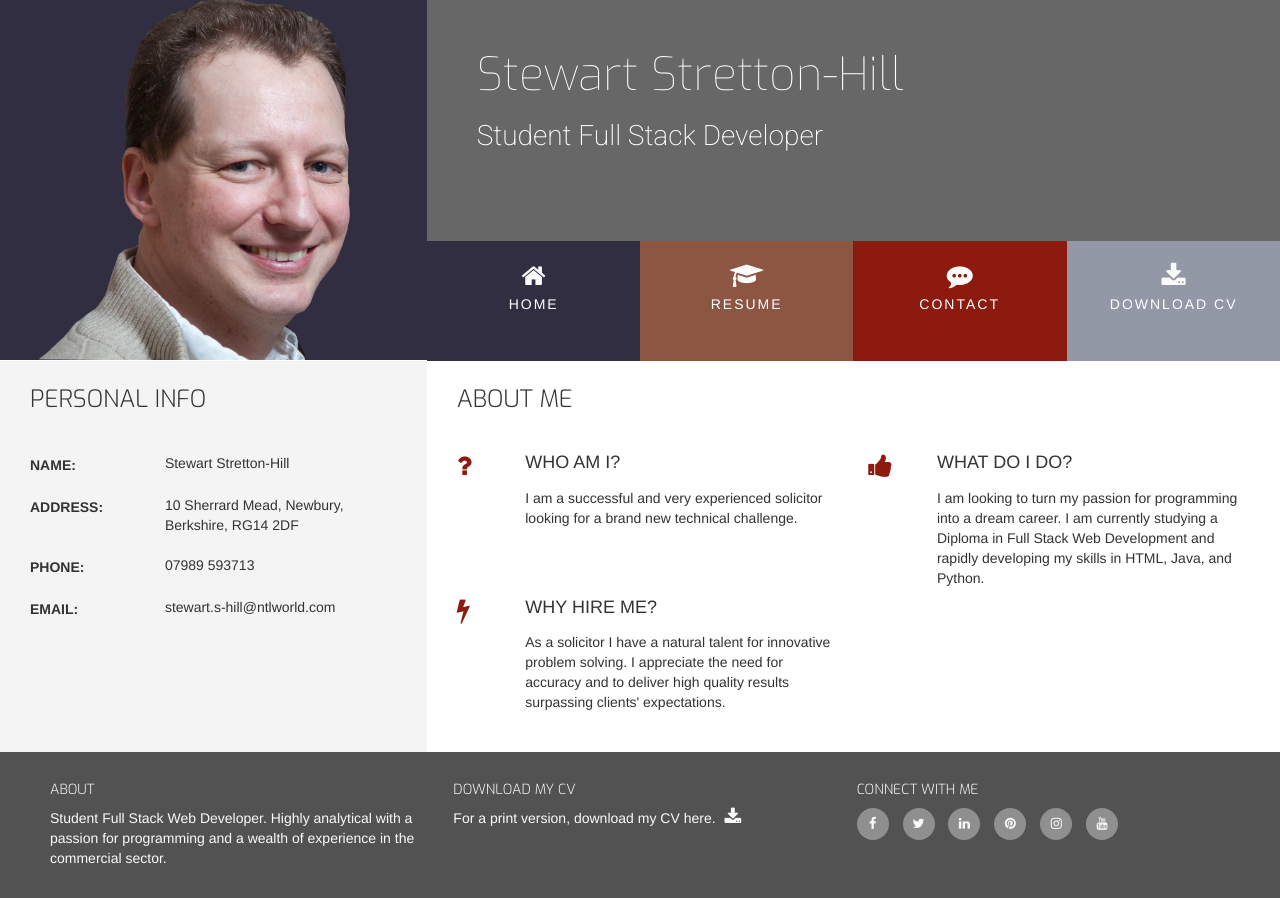
Repository: Shilldon/CV
Page: index.html
The author's editor kept a record of every edit. The page is drawn from the files as they stood at one moment, then again after the next edit.
The browser window is 1280 px wide. The pictures show the whole page.

Above is the page before.

### index.html
<!DOCTYPE html>
<html lang="en">

<head>
    <link rel="stylesheet" href="https://maxcdn.bootstrapcdn.com/bootstrap/3.3.7/css/bootstrap.min.css" type="text/css" />
    <link rel="stylesheet" href="https://stackpath.bootstrapcdn.com/font-awesome/4.7.0/css/font-awesome.min.css" type="text/css" />
    <link rel="stylesheet" href="https://cdnjs.cloudflare.com/ajax/libs/hover.css/2.3.1/css/hover-min.css" type="text/css" />
    <link rel="stylesheet" href="assets/css/style.css" type="text/css" />
    <meta name="viewport" content="width=device-width, initial-scale-1">
</head>

<body>
    <header class="container-fluid">
        <div class="row">
            <a href="index.html" alt="profile image">
                <div class="col-md-4 logo"></div>
            </a>
            <div class="col-md-8">
                <div class="row bg-color-name-title">
                    <div class="heading">
                        <h1 class="name">Stewart Stretton-Hill</h1>
                        <h2 class="title">Student Full Stack Developer</h2>
                    </div>
                </div>

                <div class="row">
                    <ul id="nav" class="list-inline clearfix">
                        <li class="col-xs-6 col-sm-3 ui-menu-color-home menuitem">
                            <a href="index.html" class="hvr-sweep-to-bottom"><i class="fa fa-home" aria-hidden="true"></i><span>Home</span></a>
                        </li>
                        <li class="col-xs-6 col-sm-3 ui-menu-color-resume menuitem">
                            <a href="resume.html" class="hvr-sweep-to-bottom"><i class="fa fa-graduation-cap" aria-hidden="true"></i><span>Resume</span></a>
                        </li>
                        <li class="col-xs-6 col-sm-3 ui-menu-color-contact menuitem">
                            <a href="contact.html" class="hvr-sweep-to-bottom"><i class="fa fa-commenting" aria-hidden="true"></i><span>Contact</span></a>
                        </li>
                        <li class="col-xs-6 col-sm-3 ui-menu-color-download menuitem">
                            <a href="assets/cv/sample-cv.pdf" target="_blank" class="hvr-sweep-to-bottom"><i class="fa fa-download" aria-hidden="true"></i><span>Download CV</span></a>
                        </li>
                    </ul>
                </div>
            </div>
        </div>
    </header>

    <section class="container-fluid">
        <div class="row row-table">
            <div class="col-xs-12 col-sm-12 col-md-4 bg-color-personal-info section-column">
                <div class="row">
                    <div class="col-md-12">
                        <h3 class="section-heading uppercase">Personal Info</h3>
                    </div>
                </div>
                <div class="personal-info-item">
                    <div class="key">
                        <p class="uppercase">Name:</p>
                    </div>
                    <div class="value">
                        <p>Stewart Stretton-Hill</p>
                    </div>
                </div>
                <div class="personal-info-item">
                    <div class="key">
                        <p class="uppercase">Address:</p>
                    </div>
                    <div class="value">
                        <p>10 Sherrard Mead, Newbury, Berkshire, RG14 2DF</p>
                    </div>
                </div>
                <div class="personal-info-item">
                    <div class="key">
                        <p class="uppercase">Phone:</p>
                    </div>
                    <div class="value">
                        <p>07989 593713</p>
                    </div>
                </div>
                <div class="personal-info-item">
                    <div class="key">
                        <p class="uppercase">Email:</p>
                    </div>
                    <div class="value">
                        <p>stewart.s-hill@ntlworld.com</p>
                    </div>
                </div>
            </div>
            <div class="col-xs-12 col-sm-12 col-md-8 bg-color-three-reasons section-column">
                <div class="row">
                    <div class="col-md-12">
                        <h3 class="section-heading uppercase">About Me</h3>
                    </div>
                </div>

                <div class="row">
                    <div class="col-xs-10 col-xs-offset-1 col-sm-offset-0 col-sm-4 col-md-6">
                        <div class="row">
                            <div class="col-xs-2 col-sm-2 col-md-2">
                                <i class="three-reasons-icon fa fa-question" aria-hidden="true"></i>
                            </div>
                            <div class="col-xs-10 col-sm-10 ">
                                <h4 class="three-reasons-heading uppercase">Who am I?</h4>
                                <p>
                                    I am a successful and very experienced solicitor looking for a brand new technical challenge.
                                </p>
                            </div>
                        </div>
                    </div>
                    <div class="col-xs-10 col-xs-offset-1 col-sm-offset-0 col-sm-4 col-md-6">
                        <div class="row">
                            <div class="col-xs-2 col-sm-2 col-md-2">
                                <i class="three-reasons-icon fa fa-thumbs-up" aria-hidden="true"></i>
                            </div>
                            <div class="col-xs-10 col-sm-10 ">
                                <h4 class="three-reasons-heading uppercase">What do I do?</h4>
                                <p>
                                    I am looking to turn my passion for programming into a dream career. I am currently studying a Diploma in Full Stack Web Development and rapidly developing my skills in HTML, Java, and Python.
                                </p>
                            </div>
                        </div>
                    </div>
                    <div class="col-xs-10 col-xs-offset-1 col-sm-offset-0 col-sm-4 col-md-6">
                        <div class="row">
                            <div class="col-xs-2 col-sm-2 col-md-2">
                                <i class="three-reasons-icon fa fa-bolt" aria-hidden="true"></i>
                            </div>
                            <div class="col-xs-10 col-sm-10 ">
                                <h4 class="three-reasons-heading uppercase">Why hire me?</h4>
                                <p>
                                    As a solicitor I have a natural talent for innovative problem solving. I appreciate the need for accuracy and to deliver high quality results surpassing clients' expectations.
                                </p>
                            </div>
                        </div>
                    </div>
                </div>
            </div>
        </div>
    </section>

    <footer class="container-fluid">
        <div id="footer-details" class="row">
            <div class="col-sm-4">
                <h5 class="uppercase general-sub">About</h5>
                <p class="inline-block">
                    Student Full Stack Web Developer. Highly analytical with a passion for programming and a wealth of experience in the commercial sector.
                </p>
            </div>
            <div class="col-sm-4">
                <h5 class="uppercase general-sub">Download My CV</h5>
                <p class="inline-block">
                    For a print version, download my CV here.
                    <a href="assets/cv/sample-cv.pdf" target="_blank" class="cv-pdf"><i class="fa fa-download" aria-hidden="true"></i></a>
                </p>
            </div>
            <div class="col-sm-4">
                <h5 class="uppercase general-sub">Connect with me</h5>
                <ul class="list-inline social-links">
                    <li><a target=".blank" href="#"><i class="fa fa-facebook"></i></a></li>
                    <li><a target=".blank" href="#"><i class="fa fa-twitter"></i></a></li>
                    <li><a target=".blank" href="#"><i class="fa fa-linkedin"></i></a></li>
                    <li><a target=".blank" href="#"><i class="fa fa-pinterest"></i></a></li>
                    <li><a target=".blank" href="#"><i class="fa fa-instagram"></i></a></li>
                    <li><a target=".blank" href="#"><i class="fa fa-youtube"></i></a></li>
                </ul>
            </div>
        </div>

    </footer>
</body>

</html>

### assets/css/style.css
@import url('https://fonts.googleapis.com/css?family=Roboto:100,200,300,400,500,600,700|Exo:100,200,300,400,500,600,700');

/*-------------------------------------------Colors*/

.bg-color-name-title {
    background-color: #676767;
}

.bg-color-three-reasons {
    background-color: #ffffff;
}

.bg-color-personal-info {
    background-color: #f4f4f4;
}

.bg-color-work-history {
    background-color: rgb(29, 28, 38);
}

.bg-color-contact {
    background-color: #ffffff;
}

.ui-menu-color-home {
    background-color: #302E40;
}

.ui-menu-color-resume {
    background-color: #8C5642;
}

.ui-menu-color-contact {
    background-color: #8C1A0F;
}

.ui-menu-color-download {
    background-color: #9298A6;
}


/*-------------------------------------------Special Padding/Margins/Text*/

h1,
h2,
h3,
h4 {
    margin: 0;
}

.uppercase {
    text-transform: uppercase;
}

.general-sub {
    font-family: "Exo", sans-serif;
    font-weight: 300;
    color: #fafafa;
}

.inline-block {
    display: inline-block;
}

.row-table {
    display: table;
}

.history-heading,
.section-heading {
    font-family: "Exo", sans-serif;
    font-weight: 300;
    margin-top: 25px;
    margin-bottom: 40px;
}

/*-------------------------------------------Heading*/

header {
    margin: 0;
}

.heading {
    margin-left: 50px;
}

.logo {
    background: url("../images/headshot.jpg");
    background-position: center;
    background-repeat: no-repeat;
    background-size: cover;
    min-height: 360px;
    transition: all .5s ease-in-out;
    -moz-transition: all .5s ease-in-out;
    -webkit-transition: all .5s ease-in-out;
}

.name {
    font-family: "Exo", sans-serif;
    font-weight: 100;
    font-size: 46px;
    margin-top: 50px;
    color: #ffffff;
}

.title {
    font-family: "Roboto", sans-serif;
    font-weight: 200;
    font-size: 28px;
    margin-top: 20px;
    margin-bottom: 90px;
    color: #ffffff;
}

#nav {
    margin: 0;
}

#nav li {
    padding: 0;
}

.menuitem {
    height: 120px;
    text-align: center;
    padding: 0;
}

.menuitem a {
    width: 100%;
    text-decoration: none;
    color: #ffffff;
    height: 120px;
}

.menuitem a i {
    padding-top: 22px;
    display: block;
    color: #fafafa;
    font-size: 26px;
}

.menuitem span {
    display: block;
    width: 100%;
    padding-top: 5px;
    text-align: center;
    text-transform: uppercase;
    font-size: 14px;
    font-weight: 300;
    letter-spacing: 2px;
}

/*-------------------------------------------Hover.css*/

.hvr-sweep-to-bottom:before {
    background: rgba(0, 0, 0, 0.2);
    height: 120px;
}


/*-------------------------------------------Footer*/

footer {
    background-color: #525252;
    color: #fafafa;
    min-height: 120px;
    margin: 0;
}

footer .cv-pdf i {
    color: #fafafa;
    text-align: center;
    font-size: 18px;
    padding-left: 5px;
}

footer .cv-pdf i:hover {
    color: #e84610;
    transition: all 0.35s ease-in-out;
    -moz-transition: all 0.35s ease-in-out;
    -webkit-transition: all 0.35s ease-in-out;
    -o-transition: all 0.35s ease-in-out;
}

.social-links {
    padding-bottom: 15px;
}

.social-links li a i {
    width: 32px;
    height: 32px;
    padding: 12px 0;
    border-radius: 50%;
    font-size: 13px;
    line-height: 7px;
    text-align: center;
    color: #fafafa;
    background: #8f8f8f;
    transition: all 0.35s ease-in-out;
    -moz-transition: all 0.35s ease-in-out;
    -webkit-transition: all 0.35s ease-in-out;
    -o-transition: all 0.35s ease-in-out;

}

.social-links li a i:hover {
    background: #8C1A0F;

}

#footer-details {
    margin: 20px;
}


/*-------------------------------------------Three Reasons*/

.three-reasons-icon {
    font-size: 26px;
    color: #8C1A0F;

}

.three-reasons-heading {
    margin-bottom: 15px;

}


/*-------------------------------------------Personal Info*/

.personal-info-item {
    margin-bottom: 20px;
    display: block;
    clear: both;

}

.personal-info-item .key,
.personal-info-item .value {
    padding-right: 8px;
}

.personal-info-item .key p,
.personal-info-item .value p {
    margin: 0;
}

.personal-info-item .key {
    display: inline-block;
    width: 30%;
    margin-right: 21px;
    padding-top: 2px;
    vertical-align: top;
}

.personal-info-item .key p {
    font-weight: 700;
}

.personal-info-item .value {
    display: inline-block;
    position: relative;
    width: 60%;
}

/*-------------------------------------------Skills*/

.progress {
    position: relative;
    height: 25px;
}

.progress-type {
    position: absolute;
    /*so text will sit on the progress bar */
    left: 0px;
    font-weight: 400;
    padding: 3px 30px 2px 10px;
    color: #fafafa;
    background-color: rgba(25, 25, 25, 0.2);
}

.progress-section {
    margin: 40px 20px;
}

/*-------------------------------------------Work History*/

.timeline-item {
    padding: 4em 2em 0em 2em;
    position: relative;
    color: #fafafa;
    border-left: 1px solid;
}

.timeline-item p {
    padding: 0;
    margin: 0;

}



.timeline-item::before {
    /*before is a pseudo element */
    content: attr(dates);
    /*search for attribute called dates and display value assocaited with that dates key */
    /*content - i.e. put in whatever the value of content is */
    position: absolute;
    left: 2.5em;
    top: 3em;
    display: block;
    font-family: "Exo", sans-serif;
    font-weight: 500;
    font-size: 0.8em;
    padding: 0;
    margin: 0;

}

.timeline-item::after {
    width: 12px;
    height: 12px;
    display: block;
    top: 2.4em;
    position: absolute;
    left: -6px;
    border-radius: 12px;
    content: '';
    background: #fafafa;
}


.history-heading {
    color: #fafafa;
    margin-bottom: 50px;
}

.history-items {
    margin-bottom: 30px;
}

/*-------------------------------------------Contact*/

.contact-heading {
    font-family: "Exo", sans-serif;
    font-weight: 300;
    margin-top: 25px;
    margin-bottom: 20px;
}
/*
.center-form {
    padding-top: 10px;
    margin: 0 auto;
    max-width: 70%;
}

button[type="submit"] {
    margin-top: 15px;
    margin-bottom: 20px;
    background-color: #e84610;
    color: #fafafa;
}
*/
.contact-details {
    padding:40px;
}
.contact-details .row {
    padding:20px 20px;
}
/*-------------------------------------------Media Queries*/

@media(min-width: 992px) {
    .section-column {
        padding: 0 30px 30px;
        float: none;
        display: table-cell;
    }

    .center-form {
        padding-top: 30px;
        min-height: 240px;
        margin: 0 auto;
        max-width: 50%;
    }
}

After the next edit:
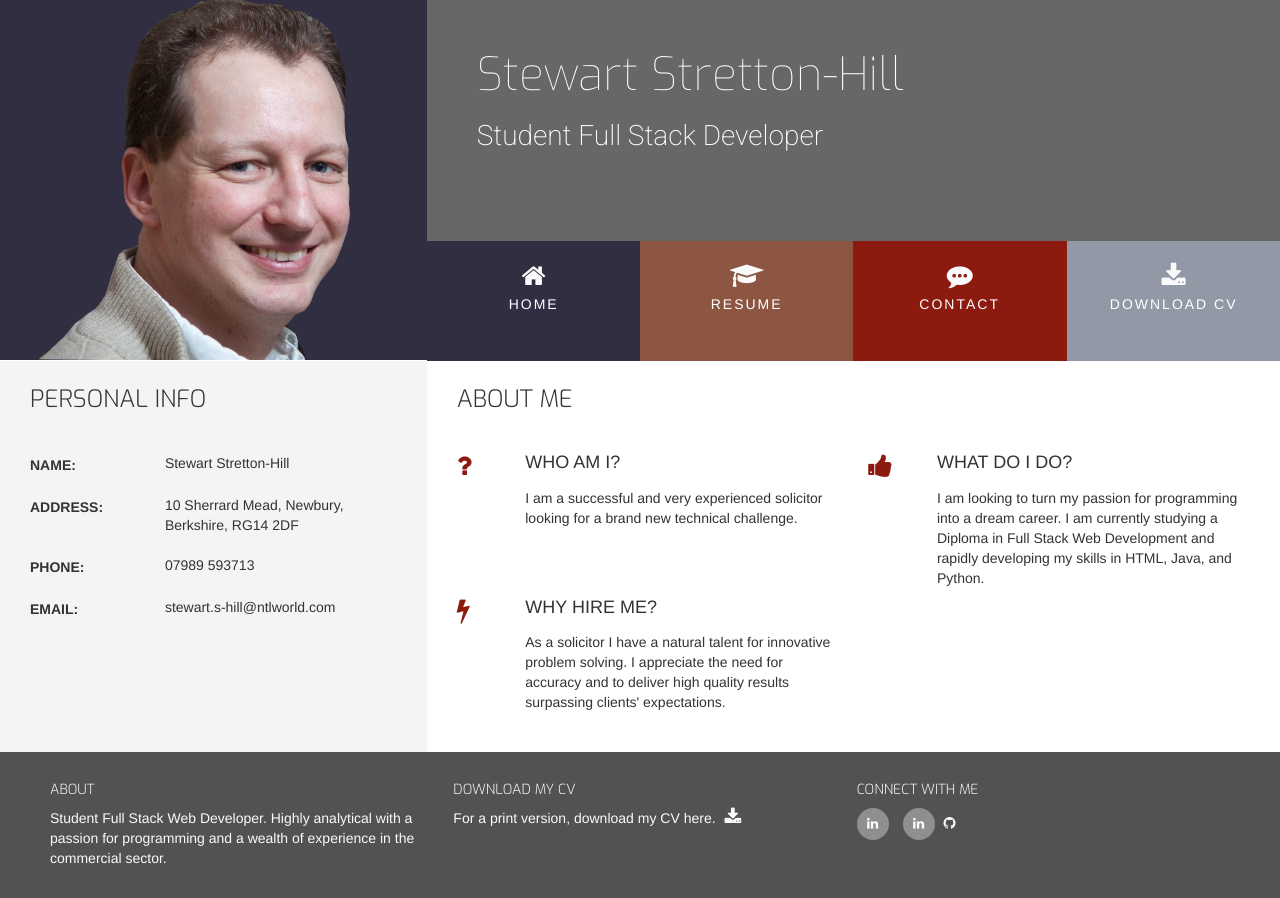
The edit:
--- a/index.html
+++ b/index.html
@@ -154,12 +154,11 @@
             <div class="col-sm-4">
                 <h5 class="uppercase general-sub">Connect with me</h5>
                 <ul class="list-inline social-links">
-                    <li><a target=".blank" href="#"><i class="fa fa-facebook"></i></a></li>
-                    <li><a target=".blank" href="#"><i class="fa fa-twitter"></i></a></li>
-                    <li><a target=".blank" href="#"><i class="fa fa-linkedin"></i></a></li>
-                    <li><a target=".blank" href="#"><i class="fa fa-pinterest"></i></a></li>
-                    <li><a target=".blank" href="#"><i class="fa fa-instagram"></i></a></li>
-                    <li><a target=".blank" href="#"><i class="fa fa-youtube"></i></a></li>
+                    <li><a target="_blank" href="https://www.linkedin.com/in/stewartstrettonhill/"><i class="fa fa-linkedin"></i></a></li>
+                    <li><a target="_blank" href="https://github.com/Shilldon/"><i class="fa fa-linkedin"></i></a></li>
+
+
+<i class="fa fa-github" aria-hidden="true"></i>
                 </ul>
             </div>
         </div>
